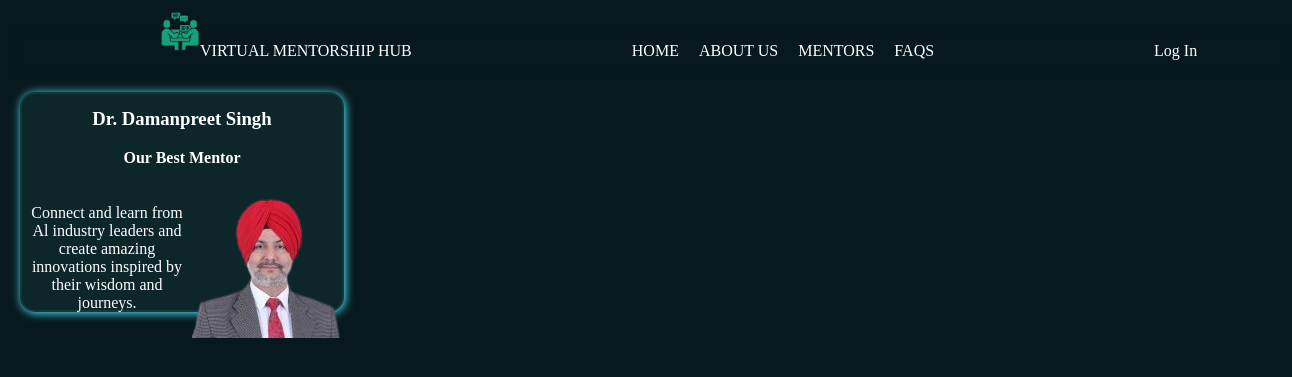
Repository: Anadi-Chauhan/Mentorship-binarybuddy
Page: Mentors.html
These files come from the project's save history. The page is drawn as it stood at one moment and after the next save; the edit follows.
The browser window is 1280 px wide. The page is 1292 px wide, so the pictures cover 1292 px, including what lies to the right of the window. The pictures show the whole page.

Above is the page before, as saved 2024-10-19 09:55:40.

After the next save:
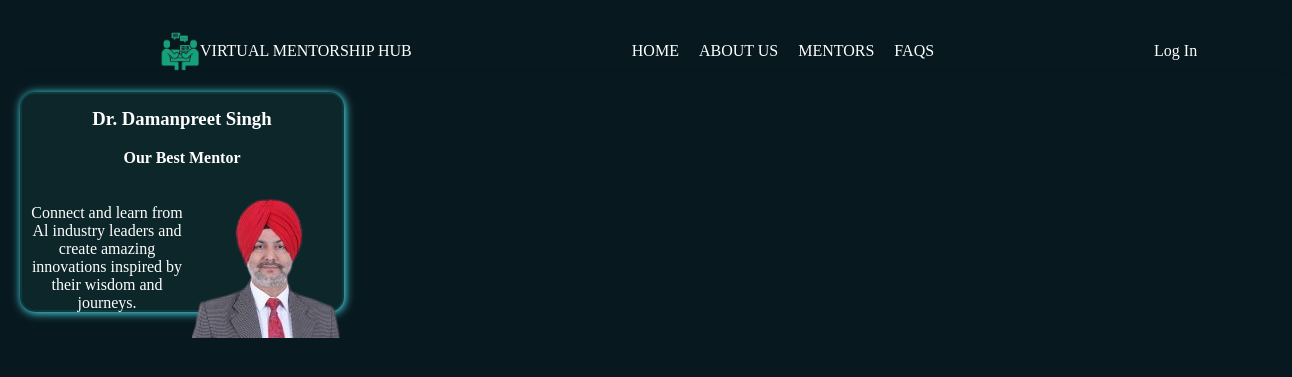
Saved 23 s later.
--- a/mentor.css
+++ b/mentor.css
@@ -72,6 +72,3 @@ body{
 .mentor-description{
     display: flex;
 }
-img{
-    margin-bottom: 40px;
-}
